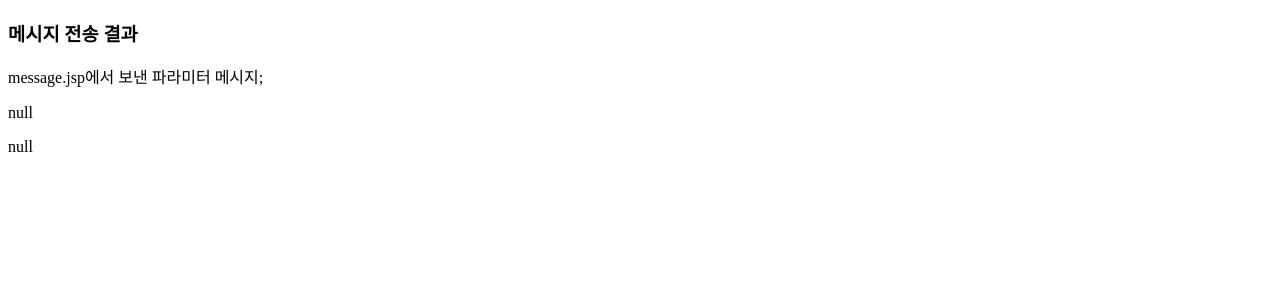
Repository: PARKJONGSUN88/multicampus_study
Page: http://localhost/web1/result.jsp
An editor plug-in stored every save of this project. The page is shown before and after the next save, followed by the edit.
The browser window is 1280 px wide. The pictures show the whole page.
The page is served by Tomcat 9.

Above is the page before, as saved 2019-06-27 05:31:18.

After the next save:
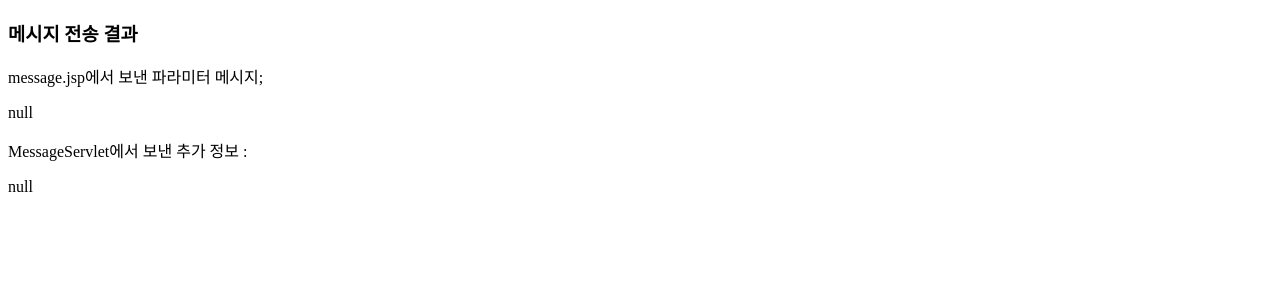
Saved 119 s later.
--- a/3-7. jsp, servletStudy Study/1. 실습/workspace2/web1/WebContent/result.jsp
+++ b/3-7. jsp, servletStudy Study/1. 실습/workspace2/web1/WebContent/result.jsp
@@ -2,6 +2,7 @@
 <!DOCTYPE html>
 <html>
 <head>
+
 <meta charset="utf-8">
 <title>result.jsp</title>
 </head>
@@ -13,6 +14,7 @@ message.jsp에서 보낸 파라미터 메시지;
 	out.println(request.getParameter("msg")+"<br>");
 	%>
 	</p>
+	MessageServlet에서 보낸 추가 정보 :
 	<p id="green">
 <%
 	String msg2 = (String)request.getAttribute("msg2");
